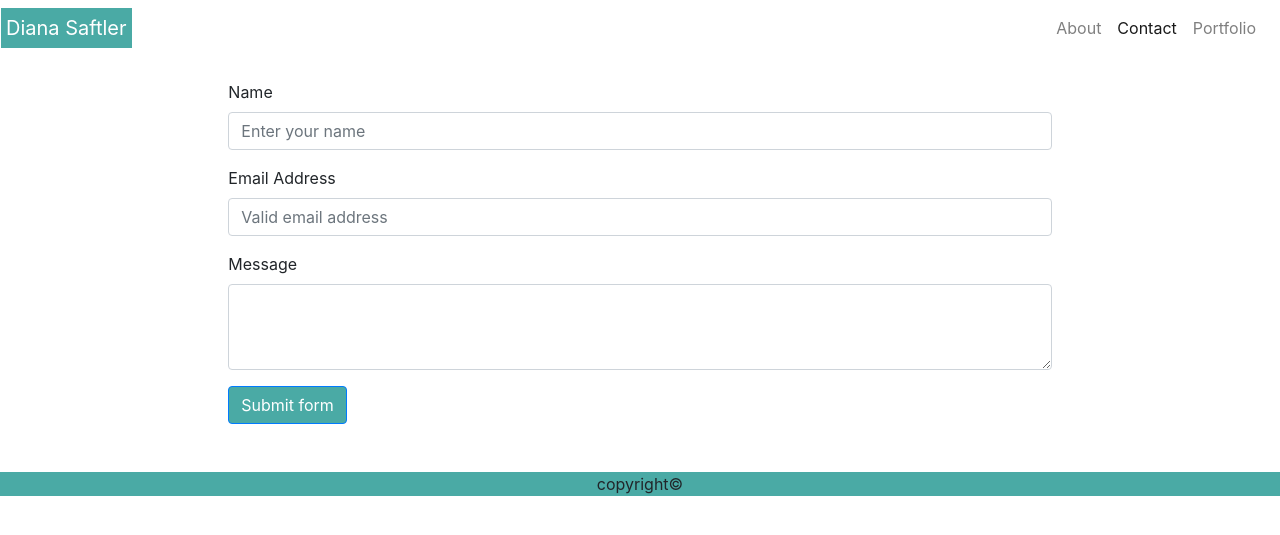
Repository: dsaftler/Bootstrap-Portfolio
Page: contact.html
These files come from the project's save history. The page is drawn as it stood at one moment and after the next save; the edit follows.
The browser window is 1280 px wide. The pictures show the whole page.

Above is the page before, as saved 2019-03-21 01:08:03.

### contact.html
<!DOCTYPE html>
<html lang="en">
<head>
  <meta charset="UTF-8">
  <meta name="viewport" content="width=device-width, initial-scale=1.0">
  <meta http-equiv="X-UA-Compatible" content="ie=edge">
  <link rel="stylesheet" href="https://stackpath.bootstrapcdn.com/bootstrap/4.1.3/css/bootstrap.min.css" integrity="sha384-MCw98/SFnGE8fJT3GXwEOngsV7Zt27NXFoaoApmYm81iuXoPkFOJwJ8ERdknLPMO" crossorigin="anonymous">
  <link rel="icon" href="assets/images/Peony.jpg" type="image/jpg" sizes="16x16">
  <title>Contact</title>
</head>
<body>
    <nav class="navbar navbar-expand-lg navbar-light" >
        <a class="navbar-brand"  style="background-color: #4aaaa5; color: white; padding-right: 5px; padding-left: 5px; margin-left: -15px" href="#"> Diana Saftler </a>
        <button class="navbar-toggler" type="button" data-toggle="collapse" data-target="#navbarSupportedContent" aria-controls="navbarSupportedContent" aria-expanded="false" aria-label="Toggle navigation">
          <span class="navbar-toggler-icon"></span>
        </button>

        <div class="collapse navbar-collapse" id="navbarSupportedContent">
          <ul class="navbar-nav ml-auto">
            <li class="nav-item">
              <a class="nav-link" href="index.html">About</a>
            </li>
            <li class="nav-item active">
              <a class="nav-link" href="contact.html">Contact<span class="sr-only">(current)</span></a>
            </li>
            <li class="nav-item">
                <a class="nav-link"  href="portfolio.html">Portfolio</a>
             </li>
          </ul>
        </div>
      </nav>
      <div class="container col-sm-8">
          <form>
              <div class="form-group">
                <br>
                <label for="formGroupExampleInput">Name</label>
                <input type="text" class="form-control" id="formGroupExampleInput" placeholder="Enter your name">
              </div>
              <div class="form-group">
                <label for="formGroupExampleInput2">Email Address</label>
                <input type="text" class="form-control" id="formGroupExampleInput2" placeholder="Valid email address">
              </div>
              <div class="form-group">
                <label for="exampleFormControlTextarea1">Message</label>
                <textarea class="form-control" id="exampleFormControlTextarea1" rows="3"></textarea>
              </div>
              <button class="btn btn-primary mb-5" type="submit"; style="background-color: #4aaaa5">Submit form</button>
            </form>
      </div>
      <footer class="footer text-center"; style="background-color:#4aaaa5">
          <div class="container" >
            <span >copyright&copy</span>
          </div>
     </footer>


</body>
</html>

After the next save:
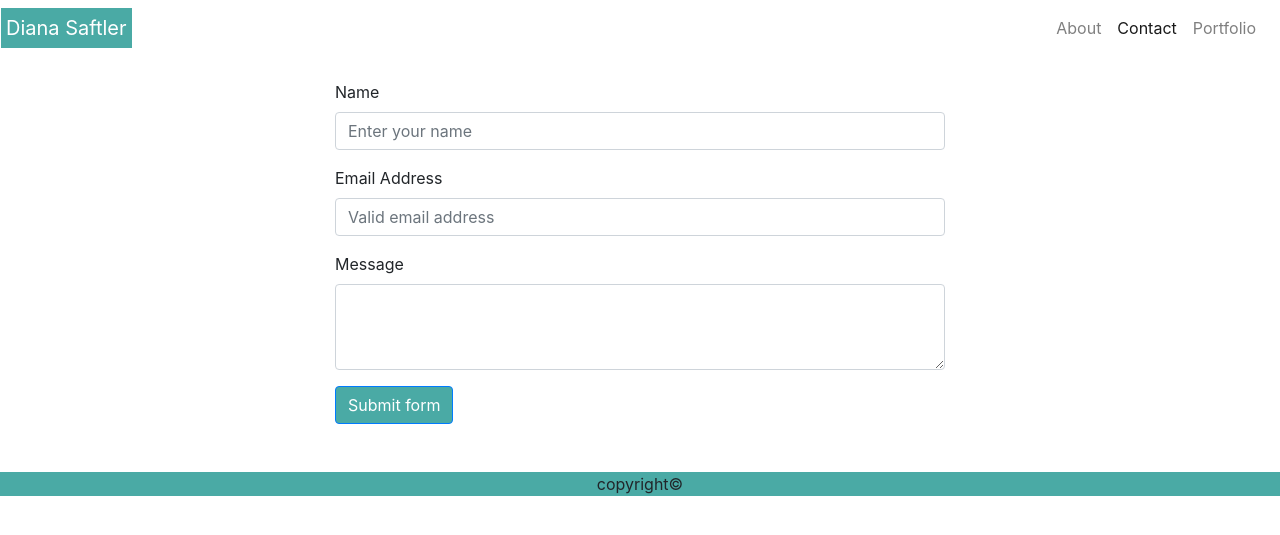
Saved 20 s later.
--- a/contact.html
+++ b/contact.html
@@ -29,7 +29,7 @@
           </ul>
         </div>
       </nav>
-      <div class="container col-sm-8">
+      <div class="container col-sm-6">
           <form>
               <div class="form-group">
                 <br>
